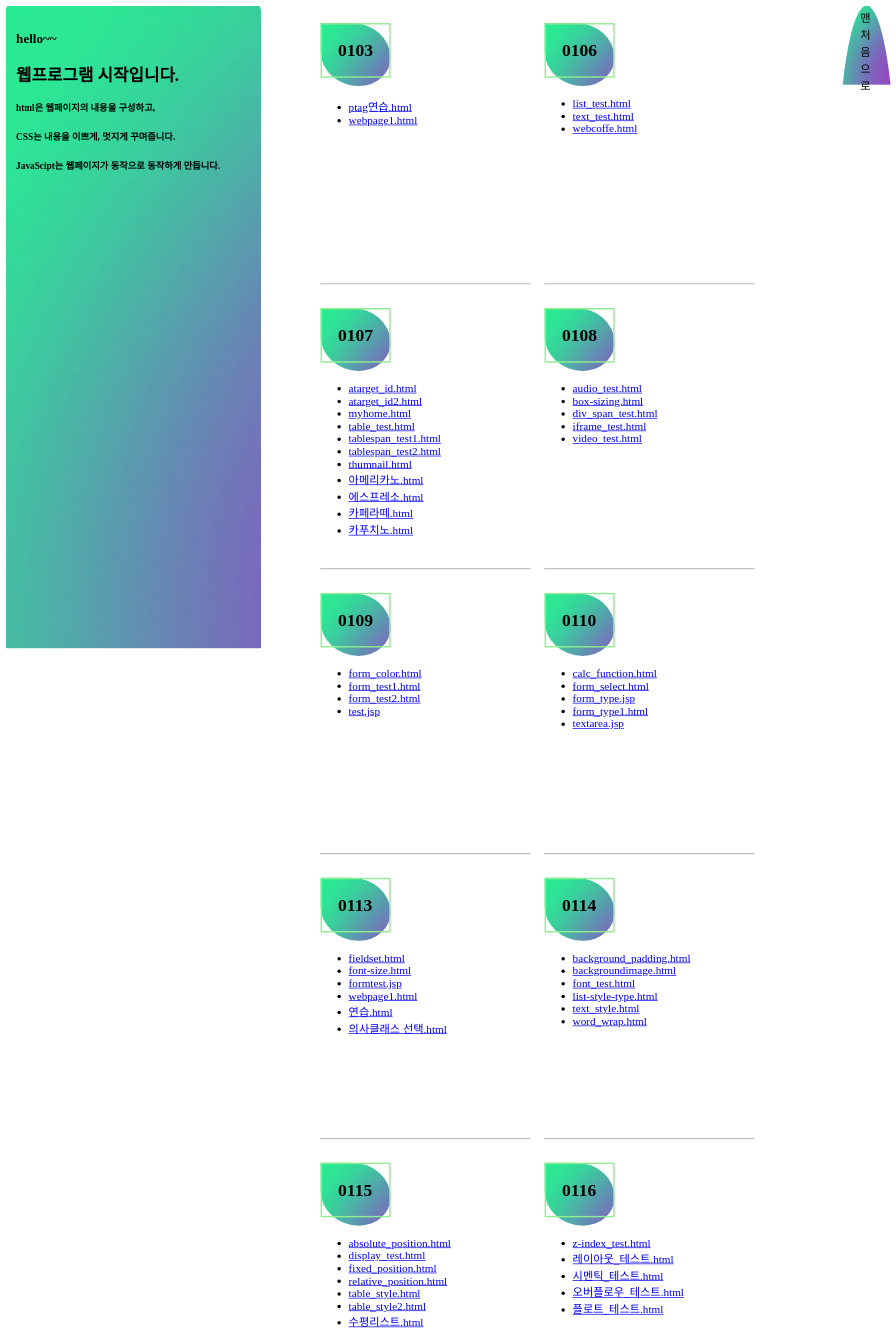
Repository: ypyp0205/jquery
Page: jqpro/WebContent/index.html
An editor plug-in stored every save of this project. The page is shown before and after the next save, followed by the edit.
The browser window is 1280 px wide. The pictures show the part of the page from y = 0 to 1920 px (the page is 5008 px tall), at 70% of full size.

Above is the page before, as saved 2020-02-10 08:53:17.

### jqpro/WebContent/index.html
<!DOCTYPE html>
<html>
<head>
<meta charset="UTF-8">
<title>Insert title here</title>

<style>
#bd1 {
	width: 350px;
	height: 5000px;
	float: left;
	padding-right:100px;
}

#d1 {
	background-image: url("./images/그라데이션.jpg");
	background-size: 1625px;
	background-repeat: no-repeat;
	width: 350px;
	height: 1000px;
	padding-left: 15px;
	float: left;
	position: fixed;
	border-radius: 1% 1% 1% 1%;
}

#d2 {
	float: left;
	width: 300px;
	padding-right: 20px;
}
#d3 {
	background-image: url("./images/그라데이션.jpg");
	background-size: 200px;
	background-repeat: no-repeat;
	width: 50px;
	height: 500px;
	position: fixed;
	right: 1px;
	border-radius: 100% 100% 1% 1%;
	padding-left: 32px;
	padding-top: 5px;
}




#sd3 {
	background-image: url("./images/그라데이션.jpg");
	background-size: 300px;
	background-repeat: no-repeat;
	width: 100px;
	height: 90px;
	border-radius: 0% 110% 90% 110%;
	font-size: 25px;
	font-weight: bolder;
}
p{
	border: 2px solid lightgreen;
	padding: 23px;
}
ul {
	width: 237px;
	height: 250px;
}
</style>
</head>
<body>

<div id="bd1"></div>


<div id="d1">
		<br>
		<h3>hello~~</h3>
		<h2>웹프로그램 시작입니다.</h2>
		<h5>html은 웹페이지의 내용을 구성하고,</h5>
		<h5>CSS는 내용을 이쁘게, 멋지게 꾸며줍니다.</h5>
		<h5>JavaScipt는 웹페이지가 동작으로 동작하게 만듭니다.</h5>
	</div>


	<div id="d2">
				<div id="sd3">
					<p>0103</p>
				</div>
				<ul>
					<li><a target="section" href="0103/ptag연습.html">ptag연습.html</a></li>
					<li><a target="section" href="0103/webpage1.html">webpage1.html</a></li>
				</ul>
				<hr>

			</div>
	<div id="d2">
				<div id="sd3">
					<p>0106</p>
				</div>
				<ul>
					<li><a target="section" href="0106/list_test.html">list_test.html</a></li>
					<li><a target="section" href="0106/text_test.html">text_test.html</a></li>
					<li><a target="section" href="0106/webcoffe.html">webcoffe.html</a></li>
				</ul>

				<hr>
			</div>
	<div id="d2">
				<div id="sd3">
					<p>0107</p>
				</div>
				<ul>
					<li><a target="section" href="0107/atarget_id.html">atarget_id.html</a></li>
					<li><a target="section" href="0107/atarget_id2.html">atarget_id2.html</a></li>
					<li><a target="section" href="0107/myhome.html">myhome.html</a></li>
					<li><a target="section" href="0107/table_test.html">table_test.html</a></li>
					<li><a target="section" href="0107/tablespan_test1.html">tablespan_test1.html</a></li>
					<li><a target="section" href="0107/tablespan_test2.html">tablespan_test2.html</a></li>
					<li><a target="section" href="0107/thumnail.html">thumnail.html</a></li>
					<li><a target="section" href="0107/아메리카노.html">아메리카노.html</a></li>
					<li><a target="section" href="0107/에스프레소.html">에스프레소.html</a></li>
					<li><a target="section" href="0107/카페라떼.html">카페라떼.html</a></li>
					<li><a target="section" href="0107/카푸치노.html">카푸치노.html</a></li>
				</ul>
				<hr>
			</div>
	<div id="d2">
				<div id="sd3">
					<p>0108</p>
				</div>
				<ul>
					<li><a target="section" href="0108/audio_test.html">audio_test.html</a></li>
					<li><a target="section" href="0108/box-sizing.html">box-sizing.html</a></li>
					<li><a target="section" href="0108/div_span_test.html">div_span_test.html</a></li>
					<li><a target="section" href="0108/iframe_test.html">iframe_test.html</a></li>
					<li><a target="section" href="0108/video_test.html">video_test.html</a></li>
				</ul>

				<hr>
			</div>
	<div id="d2">
				<div id="sd3">
					<p>0109</p>
				</div>
				<ul>
					<li><a target="section" href="0109/form_color.html">form_color.html</a></li>
					<li><a target="section" href="0109/form_test1.html">form_test1.html</a></li>
					<li><a target="section" href="0109/form_test2.html">form_test2.html</a></li>
					<li><a target="section" href="0109/test.jsp">test.jsp</a></li>
				</ul>
				<hr>
			</div>

	<div id="d2">
				<div id="sd3">
					<p>0110</p>
				</div>
				<ul>
					<li><a target="section" href="0110/calc_function.html">calc_function.html</a></li>
					<li><a target="section" href="0110/form_select.html">form_select.html</a></li>
					<li><a target="section" href="0110/form_type.jsp">form_type.jsp</a></li>
					<li><a target="section" href="0110/form_type1.html">form_type1.html</a></li>
					<li><a target="section" href="0110/textarea.jsp">textarea.jsp</a></li>
				</ul>

				<hr>
			</div>
	<div id="d2">
				<div id="sd3">
					<p>0113</p>
				</div>
				<ul>
					<li><a target="section" href="0113/fieldset.html">fieldset.html</a></li>
					<li><a target="section" href="0113/font-size.html">font-size.html</a></li>
					<li><a target="section" href="0113/formtest.jsp">formtest.jsp</a></li>
					<li><a target="section" href="0113/webpage1.html">webpage1.html</a></li>
					<li><a target="section" href="0113/연습.html">연습.html</a></li>
					<li><a target="section" href="0113/의사클래스 선택.html">의사클래스 선택.html</a></li>
				</ul>
				<hr>
			</div>
	<div id="d2">
				<div id="sd3">
					<p>0114</p>
				</div>
				<ul>
					<li><a target="section" href="0114/background_padding.html">background_padding.html</a></li>
					<li><a target="section" href="0114/backgroundimage.html">backgroundimage.html</a></li>
					<li><a target="section" href="0114/font_test.html">font_test.html</a></li>
					<li><a target="section" href="0114/list-style-type.html">list-style-type.html</a></li>
					<li><a target="section" href="0114/text_style.html">text_style.html</a></li>
					<li><a target="section" href="0114/word_wrap.html">word_wrap.html</a></li>
				</ul>

				<hr>
			</div>
	<div id="d2">
				<div id="sd3">
					<p>0115</p>
				</div>
				<ul>
					<li><a target="section" href="0115/absolute_position.html">absolute_position.html</a></li>
					<li><a target="section" href="0115/display_test.html">display_test.html</a></li>
					<li><a target="section" href="0115/fixed_position.html">fixed_position.html</a></li>
					<li><a target="section" href="0115/relative_position.html">relative_position.html</a></li>
					<li><a target="section" href="0115/table_style.html">table_style.html</a></li>
					<li><a target="section" href="0115/table_style2.html">table_style2.html</a></li>
					<li><a target="section" href="0115/수평리스트.html">수평리스트.html</a></li>
				</ul>
				<hr>
			</div>
	<div id="d2">
				<div id="sd3">
					<p>0116</p>
				</div>
				<ul>
					<li><a target="section" href="0116/z-index_test.html">z-index_test.html</a></li>
					<li><a target="section" href="0116/레이아웃_테스트.html">레이아웃_테스트.html</a></li>
					<li><a target="section" href="0116/시멘틱_테스트.html">시멘틱_테스트.html</a></li>
					<li><a target="section" href="0116/오버플로우_테스트.html">오버플로우_테스트.html</a></li>
					<li><a target="section" href="0116/플로트_테스트.html">플로트_테스트.html</a></li>
				</ul>
				<hr>
			</div>
	<div id="d2">
				<div id="sd3">
					<p>0117</p>
				</div>
				<ul>
					<li><a target="section" href="0117/js_send.html">js_send.html</a></li>
					<li><a target="section" href="0117/js_test1.html">js_test1.html</a></li>
					<li><a target="section" href="0117/js_test2.html">js_test2.html</a></li>
					<li><a target="section" href="0117/js_test3.html">js_test3.html</a></li>
					<li><a target="section" href="0117/js_test4.html">js_test4.html</a></li>
					<li><a target="section" href="0117/send.jsp">send.jsp</a></li>
				</ul>
				<hr>
			</div>
	<div id="d2">
				<div id="sd3">
					<p>0120</p>
				</div>
				<ul>
					<li><a target="section" href="0120/input_value_test.html">input_value_test.html</a></li>
					<li><a target="section" href="0120/prompt_calc.html">prompt_calc.html</a></li>
					<li><a target="section" href="0120/prompt_test.html">prompt_test.html</a></li>

				</ul>
				<hr>
			</div>

	<div id="d3"><a>맨<br>처<br>음<br>으<br>로</a></div>
</body>
</html>

After the next save:
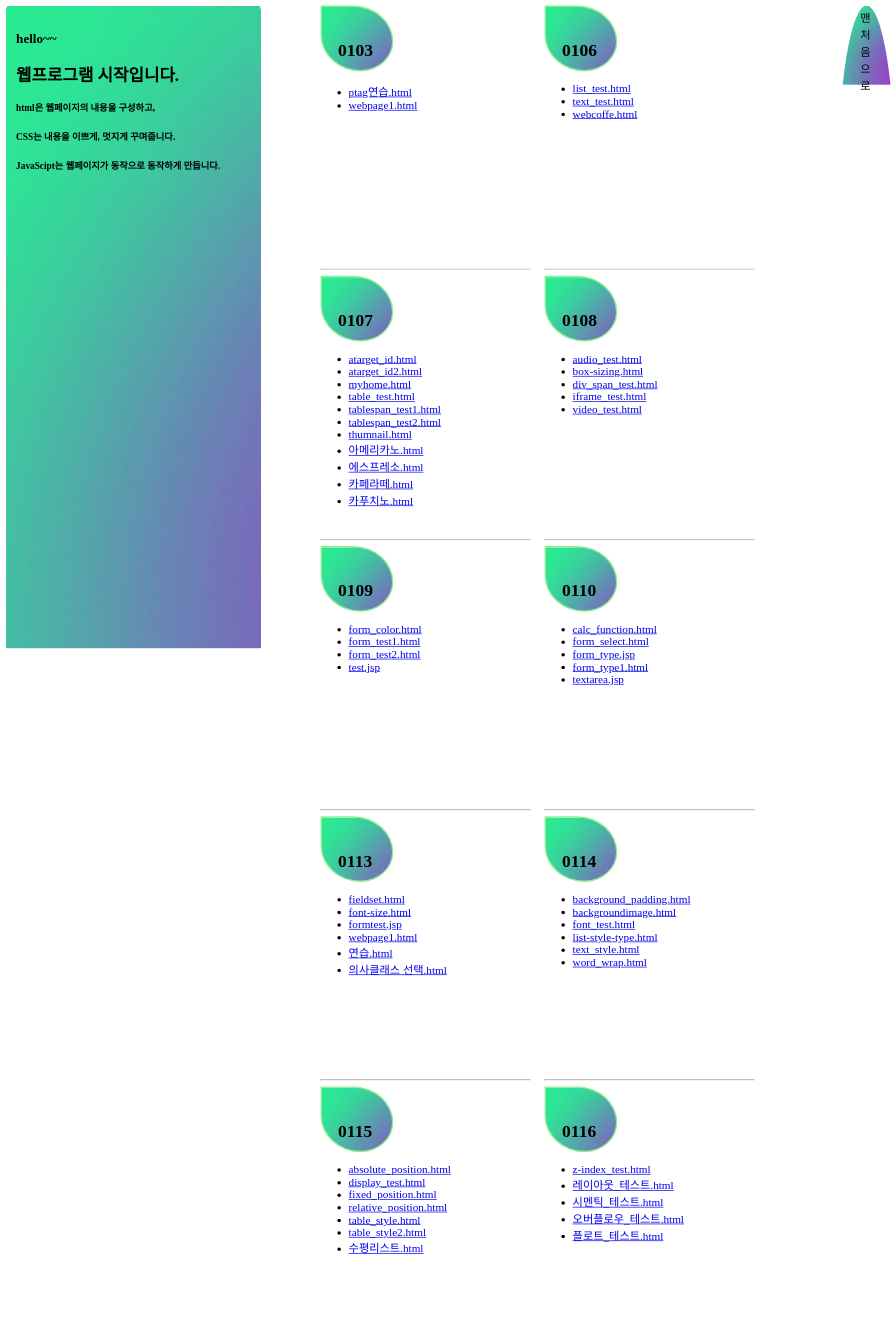
Saved 29 s later.
--- a/jqpro/WebContent/index.html
+++ b/jqpro/WebContent/index.html
@@ -46,17 +46,19 @@
 
 
 #sd3 {
+
 	background-image: url("./images/그라데이션.jpg");
 	background-size: 300px;
 	background-repeat: no-repeat;
 	width: 100px;
 	height: 90px;
 	border-radius: 0% 110% 90% 110%;
+	border: 2px solid lightgreen;
 	font-size: 25px;
 	font-weight: bolder;
 }
 p{
-	border: 2px solid lightgreen;
+
 	padding: 23px;
 }
 ul {
